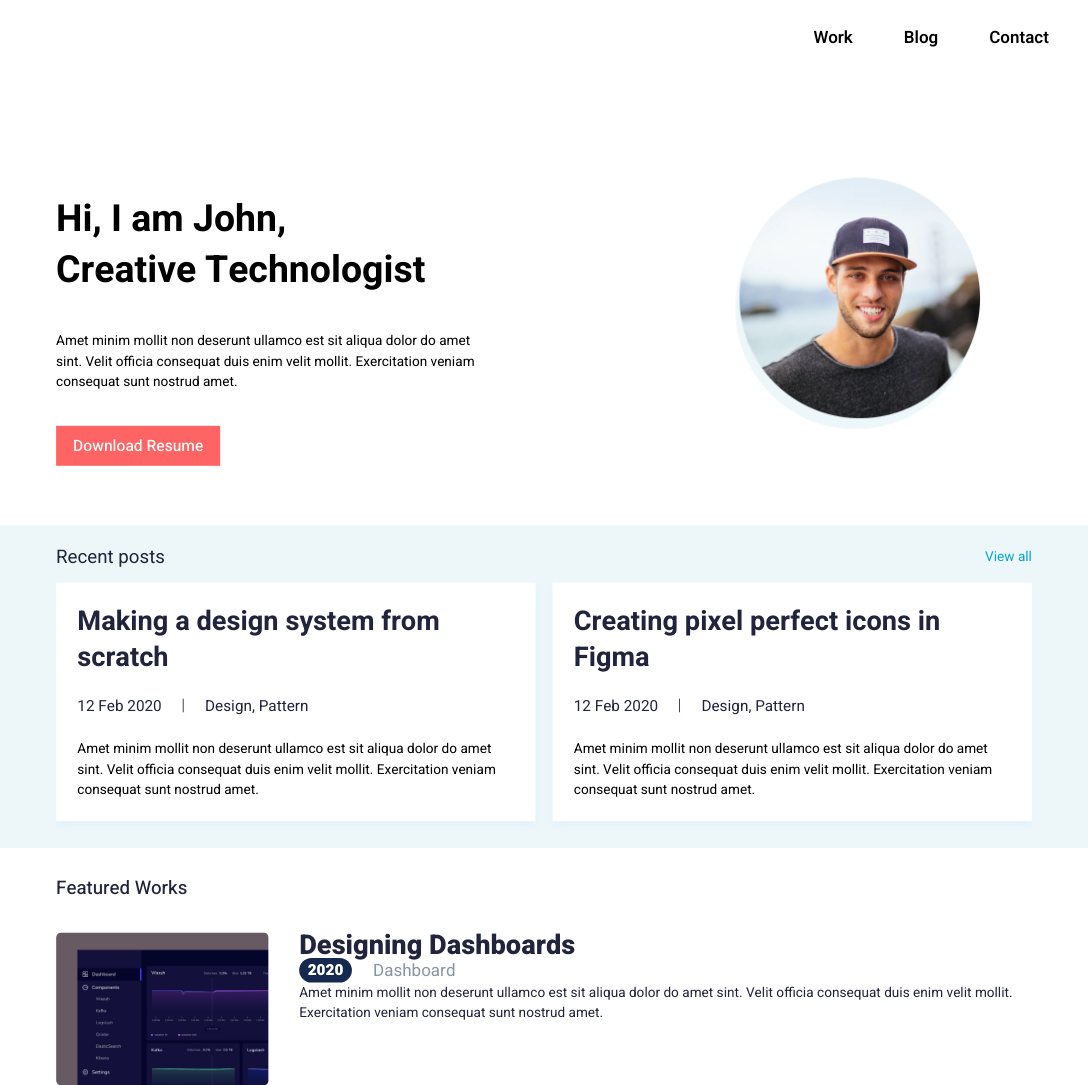
Repository: sharma171/portfolio
Page: /
An editor plug-in stored every save of this project. The page is shown before and after a run of saves, followed by the edit.
The browser window is 1280 px wide. The pictures show the whole page, at 85% of full size.
The project was rebuilt for these pictures with package versions that can differ from the ones it lists, and the page was loaded fresh each time. The framework's server and built-in components were replaced by stand-ins that run in the browser. Also part of the build but not shown: next.config.mjs.

Above is the page before, as saved 2024-06-02 00:27:40.

### src/app/layout.js

import "./globals.css";


export const metadata = {
  title: "Portfolio Website",
  description: "Blogging and projects site",
};

export default function RootLayout({ children }) {
  return (
    <html lang="en">
      <body>{children}</body>
    </html>
  );
}

### src/app/page.js
import "./page.css";
import Header from "../components/Header";
import Hero from "../components/Hero";
import HomeBlog from "../components/HomeBlog";
import Featured from "../components/Featuredworks";

export default function Home() {
  return (
    <main className="main">
      <Header />
      <Hero />
      <HomeBlog />
      <section className="featured-home">
        <div className="container">
          <div className="top-heading">
            <h3 className="head">
              Featured Works
            </h3>
          </div>
            <Featured/>
        </div>
      </section>
    </main>
  );
}

### src/app/globals.css
@import url('https://fonts.googleapis.com/css2?family=Heebo:wght@100..900&display=swap');

:root {
  --max-width: 1180px;
  --border-radius: 12px;
  --font-mono: ui-monospace, Menlo, Monaco, "Cascadia Mono", "Segoe UI Mono",
    "Roboto Mono", "Oxygen Mono", "Ubuntu Monospace", "Source Code Pro",
    "Fira Mono", "Droid Sans Mono", "Courier New", monospace;
  --main-font: "Heebo", sans-serif;
  --weight--300: 300;
  --weight--400: 400;
  --weight--500: 500;
  --weight--600: 600;
  --weight--700: 700;
  --weight--800: 800;
  --weight--900: 900;
  --hero-button: #FF6464;
  --text-color: #21243D;
}

* {
  box-sizing: border-box;
  padding: 0;
  margin: 0;
}

html,
body {
  max-width: 100vw;
  overflow-x: hidden;
  font-family: var(--main-font);
}

a {
  color: inherit;
  text-decoration: none;
}
.container {
  max-width: var(--max-width);
  margin: 0 auto;
  padding: 0 1rem;
}
header {
  background: #fff;
}
header .header-logo {
  width: 1rem;
  height: auto;
}
.nav {
  display: flex;
  flex-direction: row;
  justify-content:space-between;
  max-width: 1280px;
  margin: 0 auto;
  padding: 0 1rem;
}
.navMenu {
  display: flex;
  flex-direction: row;
  align-items: center;
}
.navMenu .navLink {
  font-size: 1.25rem;
  font-weight: var(--weight--600);
  color: var(--primary-color);
  margin: 30px;
}

### src/app/page.css
.main {
  display: flex;
  flex-direction: column;
  min-height: 100vh;
}
/* ----------------- hero section ----------------- */
.hero .hero-row {
  display: flex;
  flex-direction: row;
}
.hero .hero-lhs {
  width: 70%;
}
.hero .hero-lhs .hero-cta {
  display: flex;
  flex-direction: column;
  gap: 40px;
  margin-top: 140px;
  margin-bottom: 70px;
}
.hero .hero-lhs .hero-cta .main-head {
  font-size: 44px;
  line-height: 3.75rem;
  font-weight: 700;
}
.hero .hero-lhs .hero-cta .sub-head {
  font-size: 16px;
  line-height: 1.5rem;
  font-weight: 400;
  max-width: 500px;
}
.hero .hero-lhs .hero-cta .cta-button {
  padding: 14px 20px;
  font-size: 1.15rem;
  line-height: 19px;
  font-weight: 500;
  font-family: "Heebo", sans-serif;
  margin-right: auto;
  background: var(--hero-button);
  color: #fff;
  border: none;
}
.hero .hero-rhs {
  width: 30%;
  display: flex;
  justify-content: flex-start;
  align-items: center;
}
.hero .hero-rhs .hero-img {
  position: relative;
}
.hero .hero-rhs .hero-img .image {
  width: 283px;
  height: 283px;
  z-index: 1;

}
.hero .hero-rhs .hero-img::after {
  content: "";
  position: absolute;
  top: 13px;
  left: -5px;
  width: 283px;
  height: 283px;
  background: #EDF7FA;
  z-index: -1;
  border-radius: 300px;
}

/* -------------------------  Home Blog Section --------------------------------------- */

.home-blog {
  background: #EDF7FA;
}
.home-blog .blog-head {
  display: flex;
  flex-direction: row;
  justify-content: space-between;
  align-items: center;
  margin-top: 7px;
}
.home-blog .blog-head .heading {
  font-size: 22px;
  line-height: 60px;
  font-weight: 400;
  color: var(--text-color);
}
.home-blog .blog-head .more-link {
  font-size: 16px;
  font-weight: 400;
  color: #00A8CC;
}

/* ----------------------- Blog Carousel ----------------------------------------- */
.blog-carousel .blog-image {
  display: none;
}
.blog-carousel {
  display: flex;
  flex-direction:row;
  overflow: hidden;
  max-width: 100%;
  padding-bottom: 32px;
}
.blog-carousel .blog-item {
  background-color: #fff;
  box-shadow: #bbe1fa3d 0 4px 10px 0;
  padding: 25px;
  display: flex;
  flex-direction: column;
  gap: 25px;
}
.blog-carousel .blog-item:nth-child(odd){
  margin-right: 10px;
}
.blog-carousel .blog-item:nth-child(even) {
  margin-left: 10px;
}
.blog-carousel .blog-item .blog-item-head {
  /* margin-bottom: 17px; */
}
.blog-carousel .blog-item .blog-item-head .head {
  font-size: 32px;
  line-height: 1.3em;
  font-weight: 700;
  color: var(--text-color);
}
.blog-carousel .blog-info {
  display: flex;
  flex-direction: row;
  gap: 25px;
  /* margin-bottom: 11px; */
}
.blog-carousel .blog-info .divline {
  width: 1px;
  height: 15.799999999999958px;
  margin-top: 4px;
  background: var(--text-color);
}
.blog-carousel .blog-info .date {
  font-size: 18px;
  line-height: 26px;
  color: var(--text-color);
  font-weight: 400;
}
.blog-carousel .blog-info .author {
  font-size: 18px;
  line-height: 26px;
  color: var(--text-color);
  font-weight: 400;
}
.blog-carousel .blog-info .blog-para .para{
  font-size: 16px;
  line-height: 24px;
  color: var(--text-color);
  font-weight: 400;
}

/* ---------------------------- Featured Works -------------------------------------------------------------------- */

.featured-home {
  background: #fff;
}
.featured-home .top-heading {
  display: flex;
  flex-direction: row;
  justify-content: space-between;
  align-items: center;
  margin-top: 17px;
  margin-bottom: 22px;
}
.featured-home .top-heading .head {
  font-size: 22px;
  color: var(--text-color);
  line-height: 60px;
  font-weight: 500;
}
.workcards {
  display: flex;
  flex-direction: column;
  gap: 40px;
}
.workcards .card-item {
  display: flex;
  flex-direction: row;
}
.workcards .card-item .card-thumb {
  width: 250px;
  height: 180px;
  margin-right: 18px;
}
.workcards .card-item .card-thumb .thumb-img {
  width: 250px;
  height: 180px;
  object-fit: cover;
  border-radius:6px;
}
.workcards .card-item .card-info {
  display: flex;
  flex-direction: column;
  margin-left: 18px;
}
.workcards .card-item .card-info .heading {
  font-size: 32px;
  font-weight: 800;
  line-height: 30px;
  color: var(--text-color);
}
.workcards .card-item .card-info .info-row {
  display: flex;
  flex-direction: row;
  gap: 25px;
}
.workcards .card-item .card-info .info-row .date {
  font-size: 18px;
  line-height: 17px;
  font-weight: 900;
  padding: 6px 10px 5px 10px;
  border-radius: 16px;
  color: #fff;
  background: #142850;
}
.workcards .card-item .card-info .info-row .topic {
  font-size: 20px;
  color: #8695A4;
}
.workcards .card-item .card-info .info-para {
  font-size: 16px;
  line-height: 24px;
  color: #21243D;
  font-weight: 400;
}

### src/components/Header.jsx
import React from "react";
import "../app/globals.css";

const navLink = [
    {
        name: "Work",
        link: "/"
    },
    {
        name: "Blog",
        link: "/blog"
    },
    {
        name: "Contact",
        link: "/contact"
    },
]

const Header = () => {
    return(
        <header>
            <nav className="nav">
                <a href="/">

                </a>
                <div className="navMenu">
                    {navLink.map((item, index) => (
                        <a href={item.link} className="navLink" key={index}>{item.name}</a>
                    ))}
                </div>
            </nav>
        </header>
    )
}

export default Header;

### src/components/hero.jsx
import React from "react";
import Image from 'next/image';
import HeroImg from "../../public/hero-img.png"

const Hero = () => {
    return (
        <>
        <section className="hero">
            <div className="container">
                <div className="hero-row">
                    <div className="hero-lhs">
                        <div className="hero-cta">
                            <h1 className="main-head">
                            Hi, I am John,<br></br>Creative Technologist
                            </h1>
                            <p className="sub-head">
                            Amet minim mollit non deserunt ullamco est sit aliqua dolor do amet sint. Velit officia consequat duis enim velit mollit. Exercitation veniam consequat sunt nostrud amet.
                            </p>
                            <button className="cta-button">Download Resume</button>
                        </div>
                    </div>
                    <div className="hero-rhs">
                        <div className="hero-img">
                            <Image
                                src={HeroImg} // Path to your image
                                alt="hero"
                                width={243}
                                height={243}
                                className="image"
                            />
                        </div>
                    </div>
                </div>
            </div>
        </section>
        </>
    )
}
export default Hero

### src/components/HomeBlog.jsx
import React from "react";

const carItem = [
  {
    title: "Making a design system from scratch",
    date: "12 Feb 2020",
    author: "Design, Pattern",
    shortDescription: "Amet minim mollit non deserunt ullamco est sit aliqua dolor do amet sint. Velit officia consequat duis enim velit mollit. Exercitation veniam consequat sunt nostrud amet.",
    thumbnailImage: "", // Consider adding a valid image URL here
  },
  {
    title: "Creating pixel perfect icons in Figma",
    date: "12 Feb 2020",
    author: "Design, Pattern",
    shortDescription: "Amet minim mollit non deserunt ullamco est sit aliqua dolor do amet sint. Velit officia consequat duis enim velit mollit. Exercitation veniam consequat sunt nostrud amet.",
    thumbnailImage: "", // Consider adding a valid image URL here
  },
];

const HomeBlog = () => {
  return (
    <section className="home-blog">
      <div className="container">
        <div className="blog-head">
          <h3 className="heading">Recent posts</h3>
          <a href="" className="more-link">View all</a>
        </div>
        <div className="blog-carousel">
          {carItem.map((item, index) => (
            <div key={index} className={`blog-item ${index}`}>
              <div className="blog-item-head">
                <h3 className="head">{item.title}</h3>
              </div>
              <div className="blog-info">
                <span className="date">{item.date}</span>
                <div className="divline"></div>
                <span className="author">{item.author}</span>
              </div>
              <div className="blog-para">
                <p className="para">{item.shortDescription}</p>
              </div>
              {item.thumbnailImage && (
                <div className="blog-image">
                  <img src={item.thumbnailImage} alt={item.title} />
                </div>
              )}
            </div>
          ))}
        </div>
      </div>
    </section>
  );
};

export default HomeBlog;

### src/components/Featuredworks.jsx
import React from "react";
import Image from "next/image"

import ThumbImg from "../../public/work/work1.jpg"

const FeaturedWorks = () => {
    return(
        <>
        <div className="workcards">
            <div className="card-item">
                <div className="card-thumb">
                    <Image src={ThumbImg} alt="thumbnail" className="thumb-img" />
                </div>
                <div className="card-info">
                    <h3 className="heading">Designing Dashboards</h3>
                    <div className="info-row">
                        <span className="date">2020</span>
                        <span className="topic">Dashboard</span>
                    </div>
                    <p className="info-para">
                        Amet minim mollit non deserunt ullamco est sit aliqua dolor do amet sint. Velit officia consequat duis enim velit mollit. Exercitation veniam consequat sunt nostrud amet.
                    </p>
                </div>
            </div>
        </div>
        </>
    )
}
export default FeaturedWorks;

After the next 2 saves:
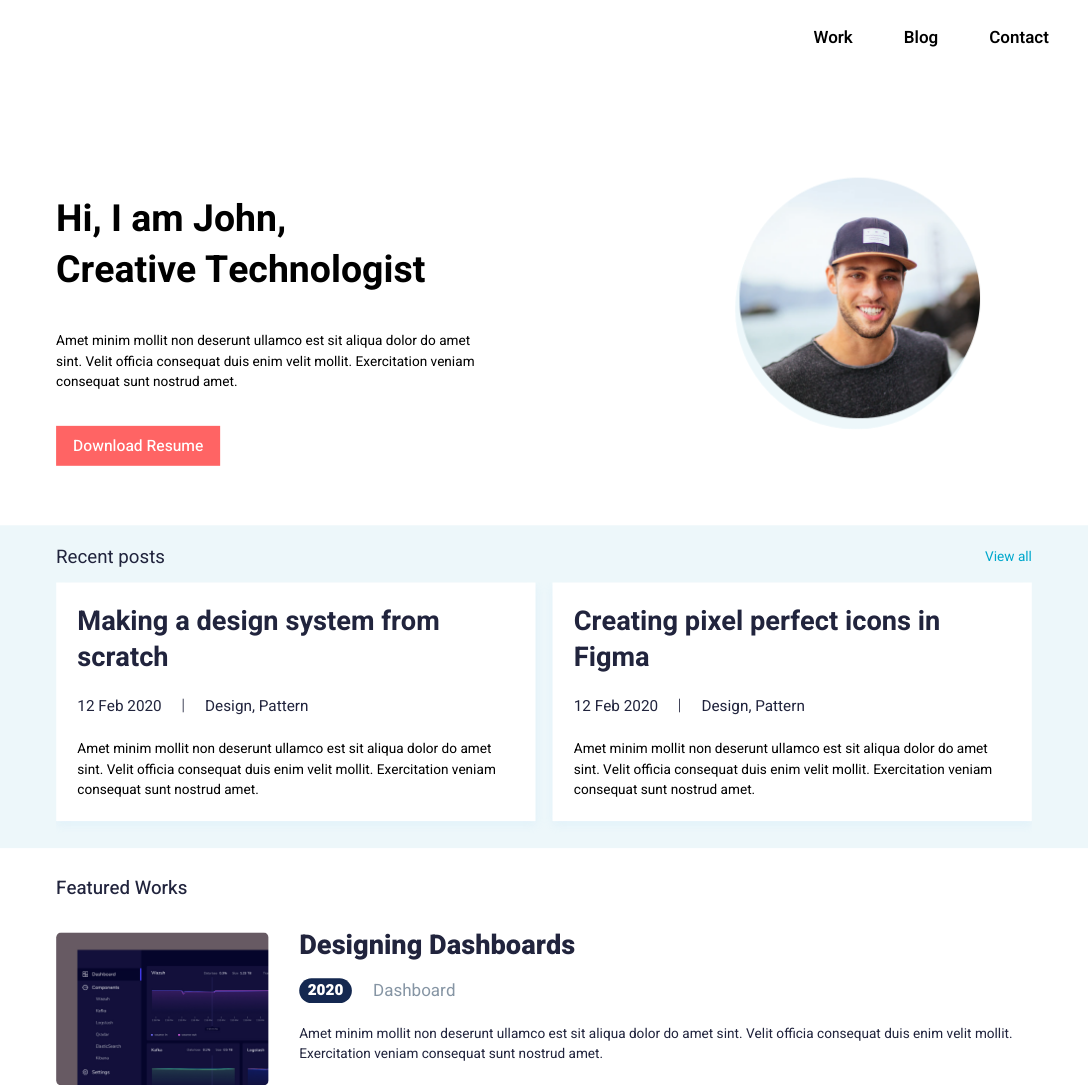
The 2 saves are shown as one change because they came seconds apart.
The last was saved 91 s later.
--- a/src/app/page.css
+++ b/src/app/page.css
@@ -199,6 +199,7 @@
   display: flex;
   flex-direction: column;
   margin-left: 18px;
+  gap: 24px;
 }
 .workcards .card-item .card-info .heading {
   font-size: 32px;
